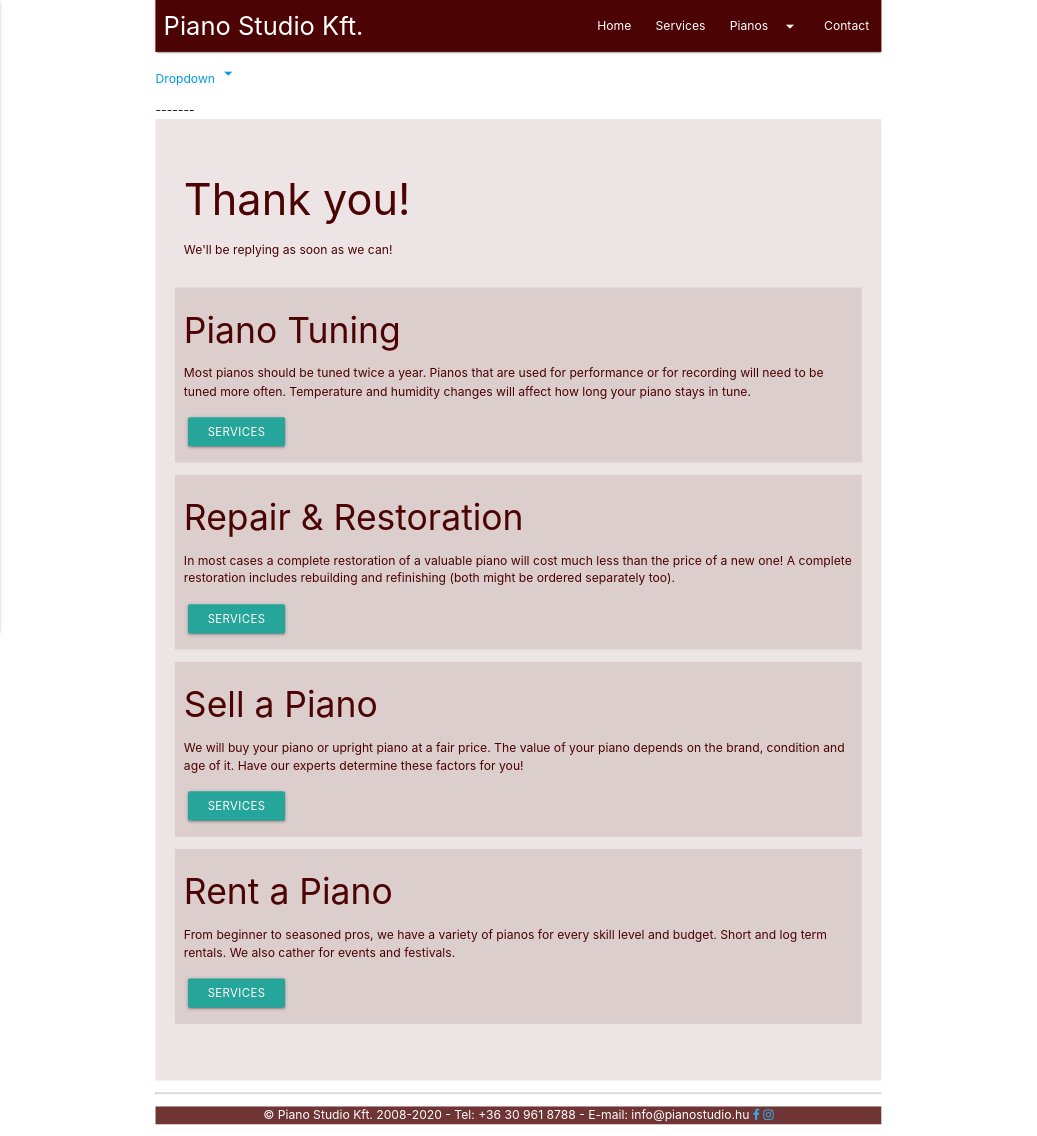
Repository: badiattila/pianostudioheroku
Page: templates/contact_success.html
The author's editor kept a record of every edit. The page is drawn from the files as they stood at one moment, then again after the next edit.
The browser window is 1280 px wide. The pictures show the whole page, at 81% of full size.
Some web libraries are served in a nearby version. The template is drawn by Flask 3. The application's start-up code is not run. The template is opened directly, without the code that normally fills it, so the values that code supplies are empty.

Above is the page before.

After the next edit:
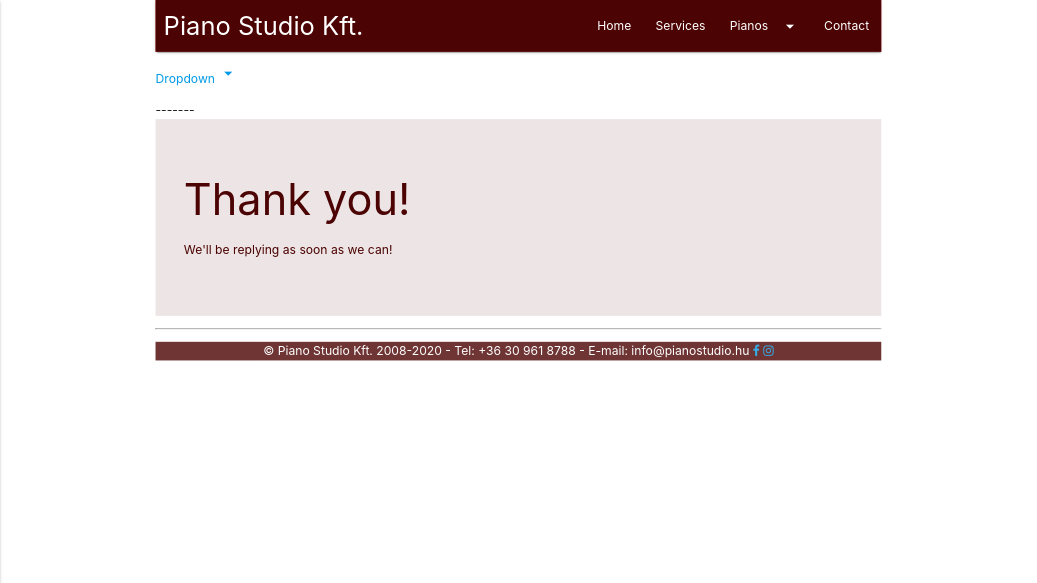
The edit:
--- a/templates/contact_success.html
+++ b/templates/contact_success.html
@@ -7,27 +7,5 @@
             <p>We'll be replying as soon as we can!</p>
         </div>
     </div>
-    <div class="row">
-        <div class="col s12 op">
-            <h3>Piano Tuning</h3>
-            <p>Most pianos should be tuned twice a year. Pianos that are used for performance or for recording will need to be tuned more often. Temperature and humidity changes will affect how long your piano stays in tune.</p>
-            <p><a class="waves-effect waves-light btn btn_mid" href="{{url_for('services')}}" role="button">Services</a></p>
-        </div>
-        <div class="col s12 op">
-            <h3>Repair & Restoration</h3>
-            <p>In most cases a complete restoration of a valuable piano will cost much less than the price of a new one! A complete restoration includes rebuilding and refinishing (both might be ordered separately too).</p>
-            <p><a class="waves-effect waves-light btn btn_mid" href="{{url_for('services')}}" role="button">Services</a></p>
-        </div>
-        <div class="col s12 op">
-            <h3>Sell a Piano</h3>
-            <p>We will buy your piano or upright piano at a fair price. The value of your piano depends on the brand, condition and age of it. Have our experts determine these factors for you!</p>
-            <p><a class="waves-effect waves-light btn btn_mid" href="{{url_for('services')}}" role="button">Services</a></p>
-        </div>
-        <div class="col s12 op">
-            <h3>Rent a Piano</h3>
-            <p>From beginner to seasoned pros, we have a variety of pianos for every skill level and budget. Short and log term rentals. We also cather for events and festivals. </p>
-            <p><a class="waves-effect waves-light btn btn_mid" href="{{url_for('services')}}" role="button">Services</a></p>
-        </div>
-    </div>
 </div>
 <hr> {% endblock %}
